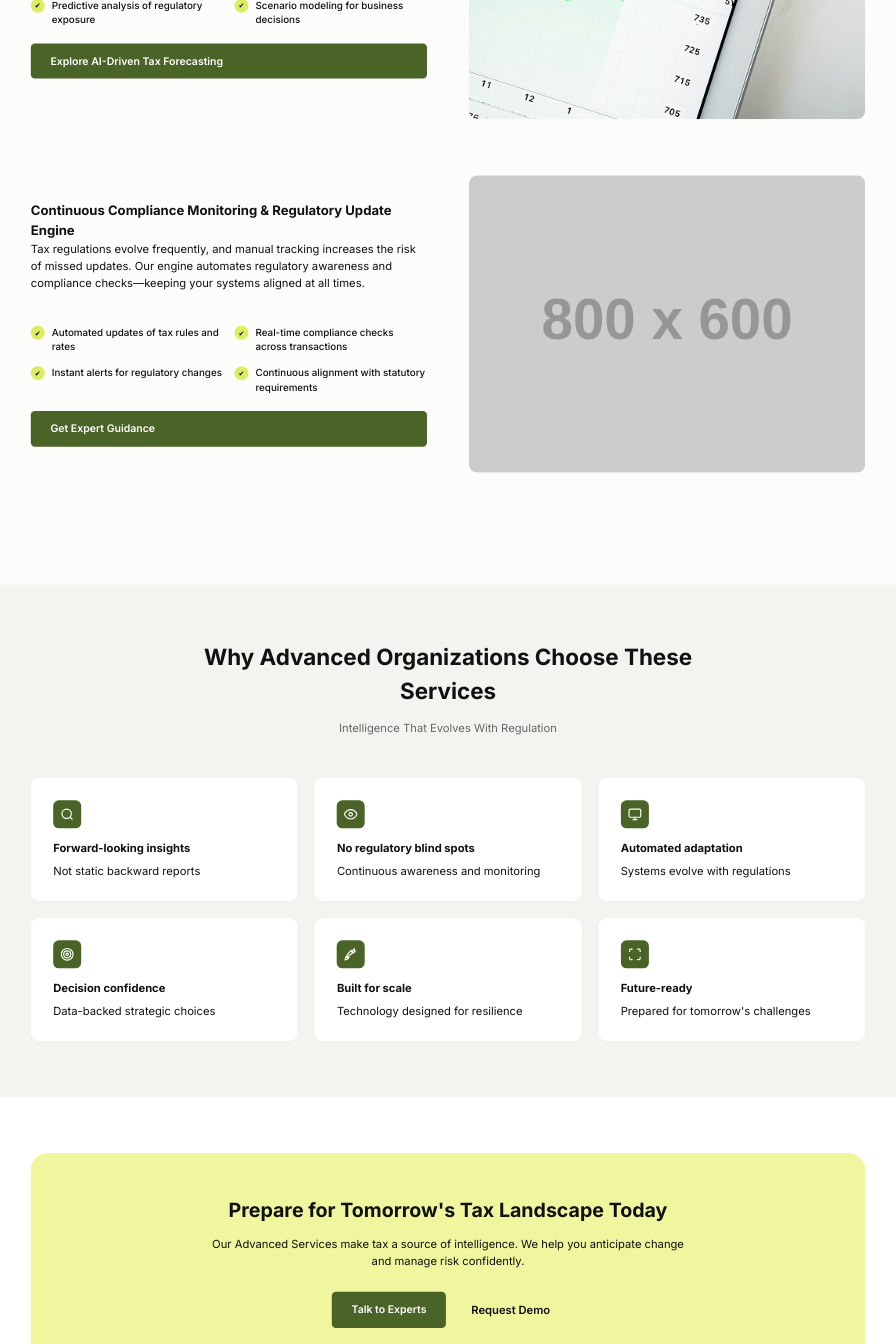
Repository: Opawumi/work_merate
Page: advanced-intelligence.html
These files come from the project's save history. The page is drawn as it stood at one moment and after a run of saves; the edit follows.
The browser window is 1280 px wide. The pictures show the part of the page from y = 1736 to 3656 px (the page is 4213 px tall before and 4254 px after), at 70% of full size.

Above is the page before, as saved 2026-02-02 12:15:48.

After the next 3 saves:
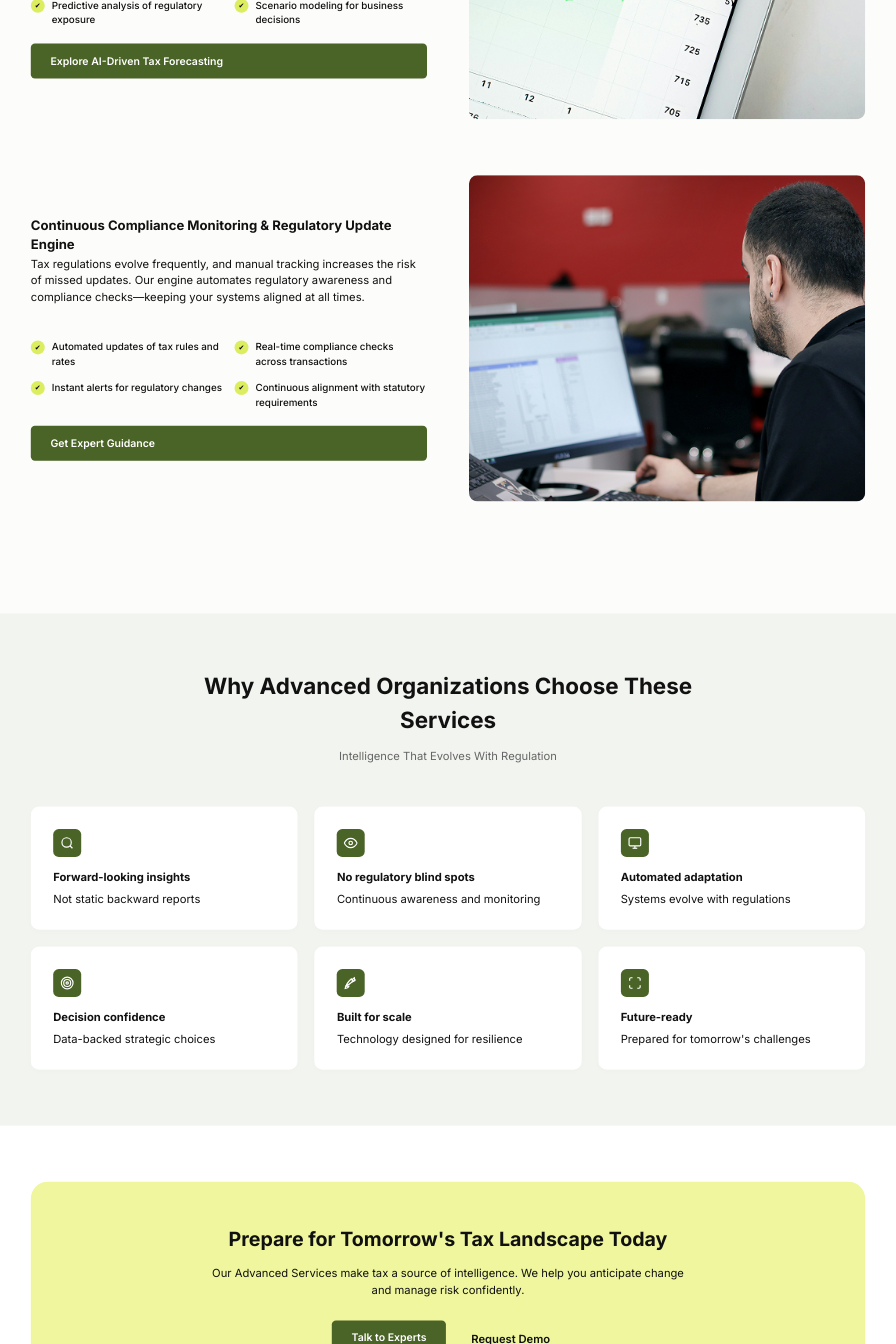
The 3 saves are shown as one change because they came seconds apart.
The last was saved 10 s later.
--- a/advanced-intelligence.html
+++ b/advanced-intelligence.html
@@ -118,7 +118,7 @@
 
             <div class="equal-height-row reverse">
                 <div class="image-content">
-                    <img src="https://placehold.co/800x600/a31621/ffffff?text=Compliance+Monitor" alt="Man at computer">
+                    <img src="./assets/ai-two.png" alt="Man at computer">
                 </div>
                 <div class="text-content">
                     <h3>Continuous Compliance Monitoring & Regulatory Update Engine</h3>
